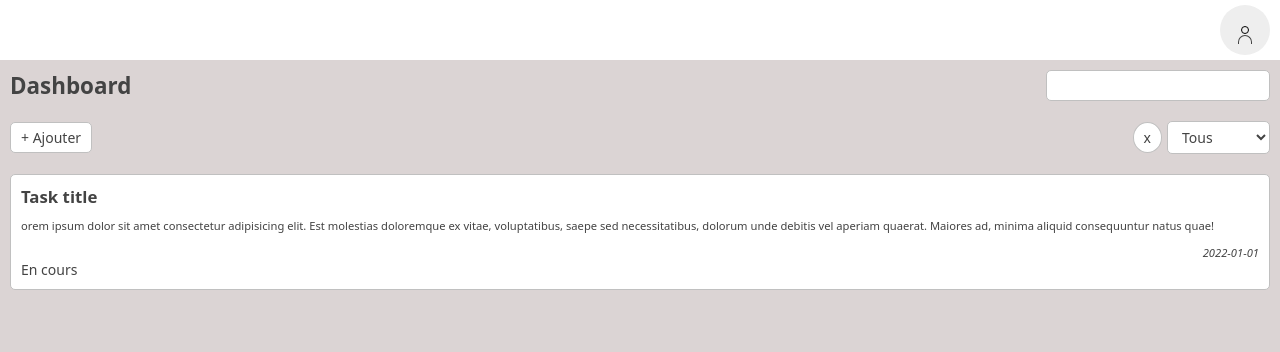
Repository: zpaulange/task_manager
Page: dashboard/index.html
An editor plug-in stored every save of this project. The page is shown before and after the next save, followed by the edit.
The browser window is 1280 px wide. The pictures show the whole page.

Above is the page before, as saved 2025-03-06 15:25:11.

### dashboard/index.html
<!DOCTYPE html>
<html lang="en">
<head>
    <meta charset="UTF-8">
    <meta name="viewport" content="width=device-width, initial-scale=1.0">
    <link rel="stylesheet" href="../assets/styles/dashboard/style.css">
    <title>Document</title>
</head>
<body>
  <section class="dashboard">
    <div class="dashboard_right">
      <nav class="dashbaord_nav">
        <a href="#" class="dashbaord_nav_avatar">
          <span></span>
        </a>
      </nav>
      <main class="main">
        <div class="main_header">
          <h1 class="main_header_title">Dashboard</h1>
          <input type="search" name="search" class=" main_header_search">
        </div>
        <div class="main_header_actions">
          <div class="main_header_actions_left">
            <button class="main_header_actions_btn">+ Ajouter</button>
          </div>
          <div class="main_header_actions_right">
            <button class="main_header_actions_right_btnDel rounded-btn del">x</button>
            <select name="filter" class="main_header_actions_right_filter" id="">
              <option value="0">Tous</option>
              <option value="1">En cours</option>
              <option value="2">Annulés</option>
              <option value="3">Terminés</option>
            </select>
          </div>
        </div>
        <section class="main-task">
          <div class="main-task__content">
            <div class="main-task__content-item">
              <div class="main-task__content-item__title">
                Task title
              </div>
              <p class="main-task__content-item__desc">
                orem ipsum dolor sit amet consectetur adipisicing elit. Est molestias doloremque ex vitae, voluptatibus, saepe sed necessitatibus, dolorum unde debitis vel aperiam quaerat. Maiores ad, minima aliquid consequuntur natus quae!
              </p>
              <div class="main-task__content-item__date">
                2022-01-01
              </div>
              <div class="main-task__content-item__actions">
                <span class="main-task__content-item__actions_status">
                  En cours
                </span>
                <div>

                </div>
            </div>
            <!-- <section class="box box-center">
              <h1>Aucune tache disponible...</h1>
            </section> -->
          </div>

        </section>
      </main>
    </div>
  </section>

</body>
</html>

### assets/styles/dashboard/style.css
*{
  margin:0;
  padding:0;
  box-sizing: border-box;
  position:relative;
  font-family: system-ui, sans-serif;
  font-size: 14px;
  color:#434343;
}
body{
  overflow-x: hidden;
}
a{
  text-decoration: none;
}
a:active, a:hover{
  color:#434343;
}
img{
  width: 100%;
  height: auto;
}
ul li{
  list-style: none;
}
input[type="search"],
input[type="text"],
input[type="date"]{
  padding:5px 10px;
  border-radius:5px;
  border:1px solid silver
}
input:focus, select:focus{
  outline: none;
}

.dashboard{
  min-height: 100vh;
  background-color: #dbd4d4;
}

.dashboard_right{
  min-height: 100vh;
}
.dashbaord_nav{
  background-color: #fff;
  padding:5px 10px;
  display: flex;
  align-items:center;
  justify-content: flex-end;
  z-index: 1000;
  position: sticky;
  top:0;
  left:0;
}
.dashbaord_nav_avatar{
  display: flex;
  align-items: center;
  justify-content: center;
  height:50px;
  width: 50px;
  border-radius:50%;
  background-color: #eee;

}
.dashbaord_nav_avatar span{
  display: inline-block;
  height: 8px;
  width: 8px;
  border-radius:50%;
  border:1px solid #000
}
.dashbaord_nav_avatar span:before{
  content:'';
  position: absolute;
  height: 8px;
  width: 12px;
  border:1px solid;
  left:50%;
  transform: translateX(-50%);
  top:8px;
  border-bottom: none;
  border-top-left-radius: 10px;
  border-top-right-radius: 10px;
}

.main{
  padding:10px;
}
.main_header_title{
  font-size: 1.6rem;
}
.box{
  min-height: calc(100vh - 180px);
  background-color: #fff;
  border-radius:5px;
  padding:10px;
  margin-top:20px
}
.box.box-center{
  display: flex;
  align-items:center;
  justify-content: center;
}

.main_header{
  display: flex;
  justify-content: space-between;
  align-items:center;
  margin-bottom:20px;
}
.main_header_actions{
  display: flex;
  justify-content: space-between;
  align-items:center;
}
.main_header_actions_btn{
  padding:5px 10px;
  border-radius:5px;
  border:1px solid silver;
  background-color: #fff;
  cursor: pointer;
  transition: .2s;
}
.main_header_actions_btn:hover{
  background-color:blue;
  color:#fff;
}
.main_header_actions_right{
  display: flex;
  align-items:center;
  gap:5px;
}
.rounded-btn{
  padding:5px 10px;
  border-radius:50%;
  border:1px solid silver;
  background-color: #fff;
  cursor: pointer;
  transition: .2s;
  cursor:pointer;
}
.rounded-btn.del:hover{
  background-color:red;
  color:#fff;
}
.main_header_actions_right_filter{
  padding:5px 10px;
  border-radius:5px;
  border:1px solid silver;
  background-color: #fff;
}

.main-task__content{
  margin-top:20px;
}
.main-task__content-item{
  background-color:#fff;
  padding:10px;
  border-radius:5px;
  border:1px solid silver
}
.main-task__content-item__title{
  font-size: 1.2rem;
  font-weight: 600;
}
.main-task__content-item__desc{
  font-size: .8rem;
  line-height: 1.2rem;
  margin-top:10px;
  margin-bottom:10px;
}
.main-task__content-item__date{
  font-size: .8rem;
  text-align: right;
  font-style: italic;
}

After the next save:
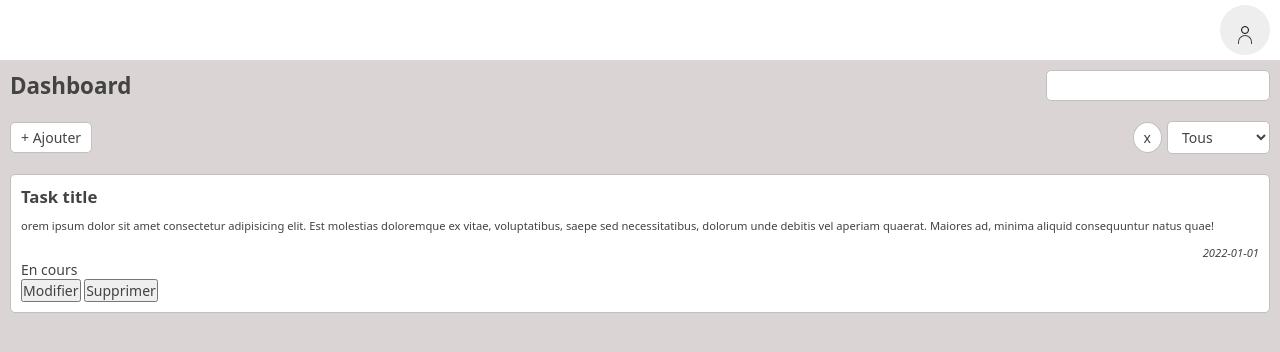
Saved 4 s later.
--- a/dashboard/index.html
+++ b/dashboard/index.html
@@ -50,7 +50,8 @@
                   En cours
                 </span>
                 <div>
-
+                  <button class="main-task__content-item__actions_btn">Modifier</button>
+                  <button class="main-task__content-item__actions_btn">Supprimer</button>
                 </div>
             </div>
             <!-- <section class="box box-center">
